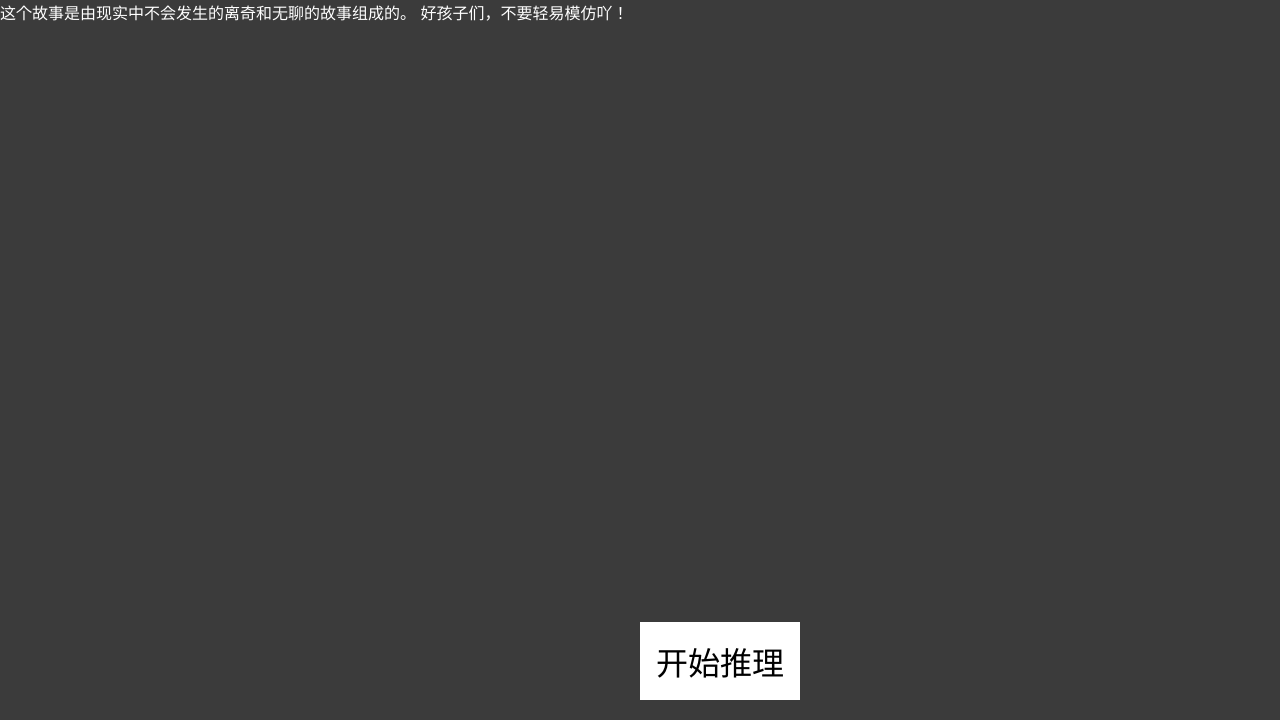
Repository: Jofali/reasoning-genius
Page: /
These files come from the project's save history. The page is drawn as it stood at one moment and after the next save; the edit follows.
The browser window is 1280 px wide. The pictures show the whole page.
The project was rebuilt for these pictures with package versions that can differ from the ones it lists, and the page was loaded fresh each time. Also part of the build but not shown: src/part1/part1.css, src/part1/part1.js, src/part2/part2.css, src/part2/part2.js, src/title/title.css, src/title/title.js, src/inventory/inventory.css, src/inventory/inventory.js and 2 more.

Above is the page before, as saved 2019-05-22 17:34:14.

### public/index.html
<!DOCTYPE html>
<html lang="en">
  <head>
    <meta charset="utf-8" />
    <link rel="shortcut icon" href="%PUBLIC_URL%/favicon.ico" />
    <meta name="viewport" content="width=device-width, initial-scale=1" />
    <meta name="theme-color" content="#000000" />
    <!--
      manifest.json provides metadata used when your web app is installed on a
      user's mobile device or desktop. See https://developers.google.com/web/fundamentals/web-app-manifest/
    -->
    <link rel="manifest" href="%PUBLIC_URL%/manifest.json" />
    <!--
      Notice the use of %PUBLIC_URL% in the tags above.
      It will be replaced with the URL of the `public` folder during the build.
      Only files inside the `public` folder can be referenced from the HTML.

      Unlike "/favicon.ico" or "favicon.ico", "%PUBLIC_URL%/favicon.ico" will
      work correctly both with client-side routing and a non-root public URL.
      Learn how to configure a non-root public URL by running `npm run build`.
    -->
    <title>Reasoning Genius</title>
  </head>
  <body>
    <noscript>You need to enable JavaScript to run this app.</noscript>
    <div id="root"></div>
    <!--
      This HTML file is a template.
      If you open it directly in the browser, you will see an empty page.

      You can add webfonts, meta tags, or analytics to this file.
      The build step will place the bundled scripts into the <body> tag.

      To begin the development, run `npm start` or `yarn start`.
      To create a production bundle, use `npm run build` or `yarn build`.
    -->
  </body>
</html>

### src/index.css
body {
  margin: 0;
  font-family: -apple-system, BlinkMacSystemFont, "Segoe UI", "Roboto", "Oxygen",
    "Ubuntu", "Cantarell", "Fira Sans", "Droid Sans", "Helvetica Neue",
    sans-serif;
  -webkit-font-smoothing: antialiased;
  -moz-osx-font-smoothing: grayscale;
}

code {
  font-family: source-code-pro, Menlo, Monaco, Consolas, "Courier New",
    monospace;
}

#root {
  height: 100%;
}

*{
  padding: 0;
  margin: 0;
}

html,body {
  height: 100%;
}

.sw-enter {
  opacity: 0;
}
.sw-enter-active {
  opacity: 1;
  transform: translateX(0);
  transition: opacity 300ms, transform 300ms;
}
.sw-exit {
  opacity: 1;
}
.sw-exit-active {
  opacity: 0;
  transition: opacity 300ms, transform 300ms;
}

### src/App.js
import React, { Component } from 'react';
import { CSSTransition } from 'react-transition-group';

import Partwrap from './partwrap/partwrap';
import Begin from './begin/begin';

import './App.css';
import arrNext from './assets/arrnext.svg';

class App extends Component {
  constructor(props) {
    super(props);
    this.state = {
      content: <Begin />,
      arr: arrNext,
      arrStatus: "next",
      maxPartNum: 1,
      showPart: true
    };
    this.stepTo = this.stepTo.bind(this);
  }

  partNum = 0;
  timer = null;
  stepTo() {
    if(this.partNum === this.state.maxPartNum) {
      this.partNum = 0;
    } else {
      this.partNum += 1;
    }

    this.setshow(false);
    if(this.timer !== null) {
      clearTimeout(this.timer);
    }
    this.timer = setTimeout( () => {
      switch(this.partNum)
      {
        case 0:
          this.setState({ content: <Begin /> })
          this.setState({ arrStatus: "next" });
          break;
        case 1:
          this.setState({ content: <Partwrap /> })
          this.setState({ arrStatus: "prev" })
          break;
        default:
          this.setState({ content: <Begin /> })
      }
      this.setshow(true);
    }, 300);

  }

  setshow(bool) {
    this.setState({ showPart: bool })
  }

  componentDidMount() {

  }

  render() {
    return (
        <div className="App">
          <CSSTransition
              in={this.state.showPart}
              timeout={300}
              classNames="sw"
              unmountOnExit
            >
              { this.state.content }
          </CSSTransition>
          <button className="btn-begin" onClick={this.stepTo}>开始推理</button>
        </div>
    );
  }
}

export default App;

### src/begin/begin.js
import React from 'react';

import './begin.css';
function Title() {
  return (
      <div className="begin">
        <div className="begin-content-wrap">
          这个故事是由现实中不会发生的离奇和无聊的故事组成的。
          好孩子们，不要轻易模仿吖！
        </div>
      </div>
  );
}

export default Title;

### src/App.css
.App {
  width: 100%;
  height: 100%;
  background: rgb(253,214,222);
  position: relative;
}

.App img {
  width: 100%;
}

.btn-begin {
  position:absolute;
  bottom: 20px;
  left: 50%;
  background: #fff;
  border: none;
  padding: 1rem;
  font-size: 2rem;
}

### src/begin/begin.css
.begin {
  width: 100%;
  height: 100%;
  background: rgb(59, 59, 59);
  color: #fff;
}

Loaded but not shown: src/index.js (common file); src/serviceWorker.js (common file)

After the next save:
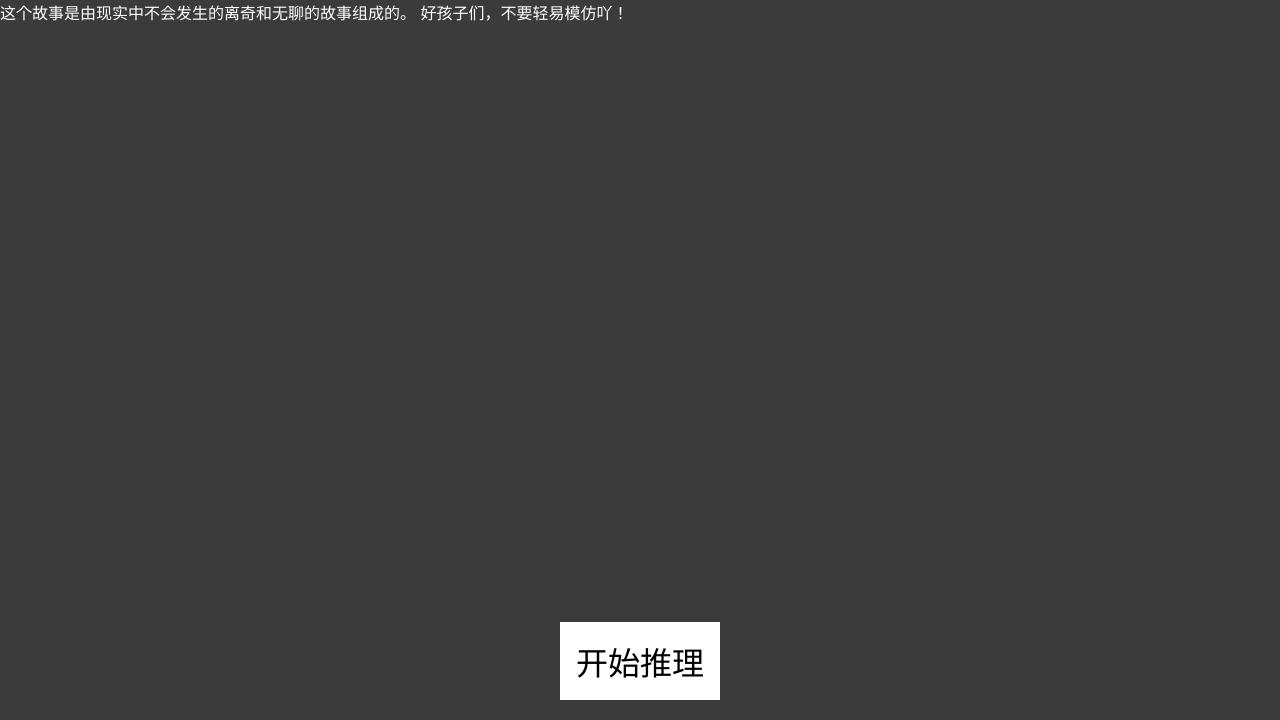
Saved 20 s later.
--- a/src/App.css
+++ b/src/App.css
@@ -17,4 +17,5 @@
   border: none;
   padding: 1rem;
   font-size: 2rem;
+  transform: translateX(-50%);
 }
